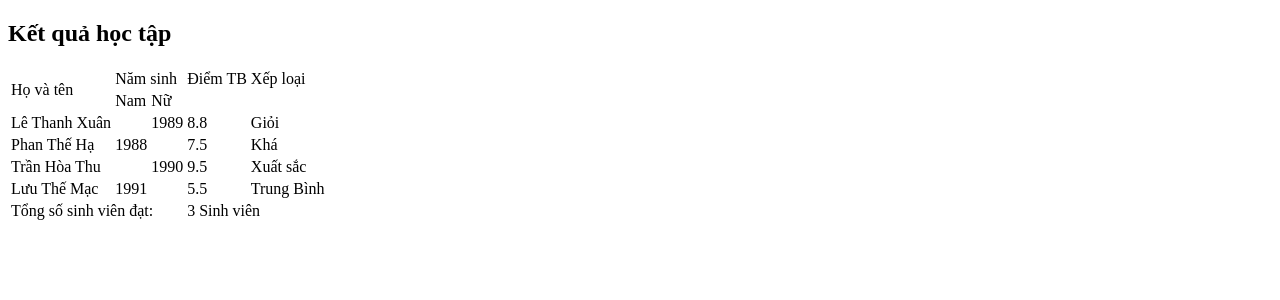
Repository: tuiladev/TKW
Page: Table/index.html
These files come from the project's save history. The page is drawn as it stood at one moment and after a run of saves; the edit follows.
The browser window is 1280 px wide. The pictures show the whole page.

Above is the page before, as saved 2022-03-15 23:40:08.

### Table/index.html
<!DOCTYPE html>
<html lang="en">
  <head>
    <meta charset="UTF-8" />
    <meta http-equiv="X-UA-Compatible" content="IE=edge" />
    <meta name="viewport" content="width=device-width, initial-scale=1.0" />
    <title>21115053120156 _ Ddangwj Vawn Trung</title>
    <style></style>
  </head>
  <body>
    <div class="wrapper">
      <section class="table">
        <h2>Kết quả học tập</h2>
        <table>
          <thead>
            <tr>
              <td rowspan="2">Họ và tên</td>
              <td colspan="2">Năm sinh</td>
              <td>Điểm TB</td>
              <td>Xếp loại</td>
            </tr>
            <tr>
              <td>Nam</td>
              <td>Nữ</td>
            </tr>
          </thead>
          <tbody>
            <tr>
              <td>Lê Thanh Xuân</td>
              <td></td>
              <td>1989</td>
              <td>8.8</td>
              <td>Giỏi</td>
            </tr>
            <tr>
              <td>Phan Thế Hạ</td>
              <td>1988</td>
              <td></td>
              <td>7.5</td>
              <td>Khá</td>
            </tr>
            <tr>
              <td>Trần Hòa Thu</td>
              <td></td>
              <td>1990</td>
              <td>9.5</td>
              <td>Xuất sắc</td>
            </tr>
            <tr>
              <td>Lưu Thế Mạc</td>
              <td>1991</td>
              <td></td>
              <td>5.5</td>
              <td>Trung Bình</td>
            </tr>
          </tbody>
          <tfoot>
            <tr>
              <td colspan="3">Tổng số sinh viên đạt:</td>
              <td colspan="2">3 Sinh viên</td>
            </tr>
          </tfoot>
        </table>
      </section>
    </div>
  </body>
</html>

After the next 3 saves:
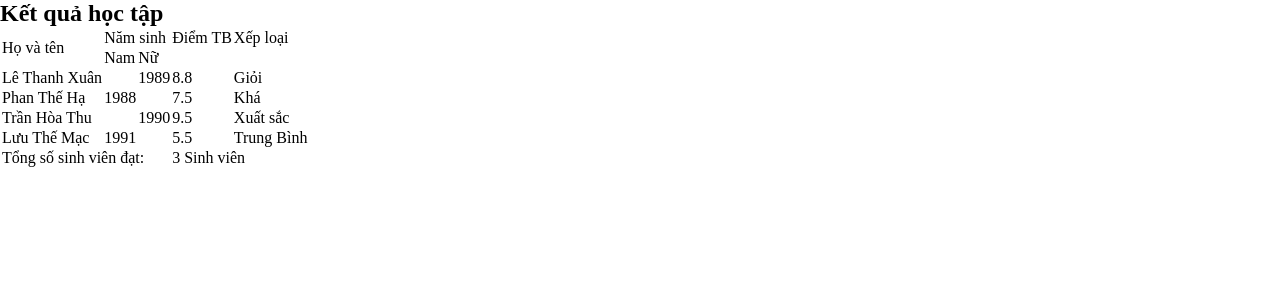
The 3 saves are shown as one change because they came seconds apart.
The last was saved 23 s later.
--- a/Table/index.html
+++ b/Table/index.html
@@ -5,7 +5,14 @@
     <meta http-equiv="X-UA-Compatible" content="IE=edge" />
     <meta name="viewport" content="width=device-width, initial-scale=1.0" />
     <title>21115053120156 _ Ddangwj Vawn Trung</title>
-    <style></style>
+    <style>
+      * {
+        margin: 0;
+        padding: 0;
+        box-sizing: border-box;
+      }
+
+    </style>
   </head>
   <body>
     <div class="wrapper">
